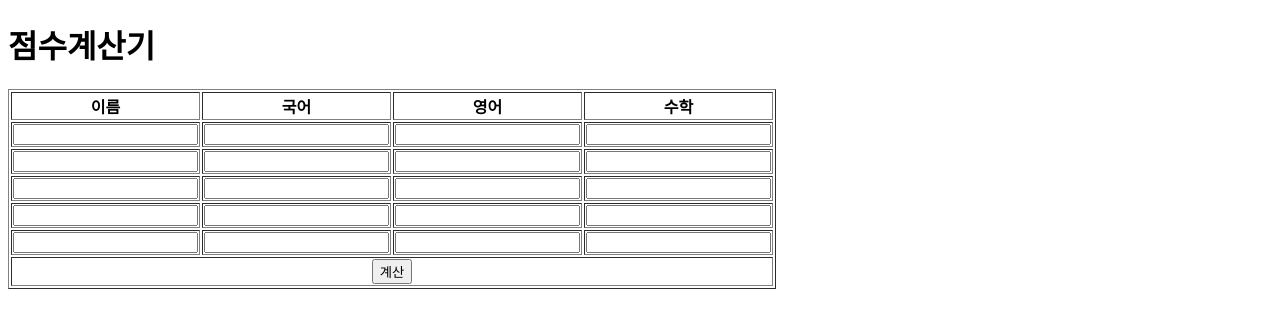
Repository: hjh5217/newJSP
Page: http://localhost/jspProj/subject/sumAvg.jsp
An editor plug-in stored every save of this project. The page is shown before and after the next save, followed by the edit.
The browser window is 1280 px wide. The pictures show the whole page.
The page is served by Tomcat 9.

Above is the page before, as saved 2023-07-27 08:07:45.

After the next save:
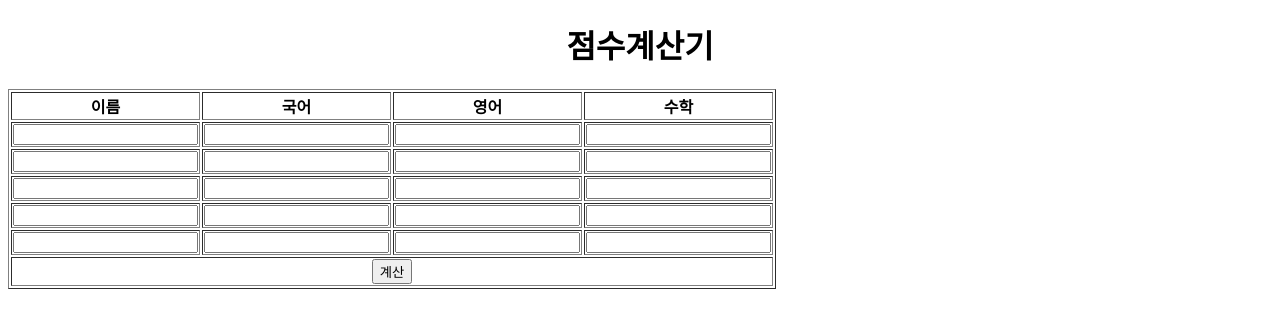
Saved 27 s later.
--- a/jspProj/src/main/webapp/subject/sumAvg.jsp
+++ b/jspProj/src/main/webapp/subject/sumAvg.jsp
@@ -7,7 +7,7 @@
 <title>국영수 점수 계산하기</title>
 </head>
 <body>
-	<h1>점수계산기</h1>
+	<h1 align="center">점수계산기</h1>
 	<form action="avgProcess.jsp">
 		<table border="">
 			<tr>
